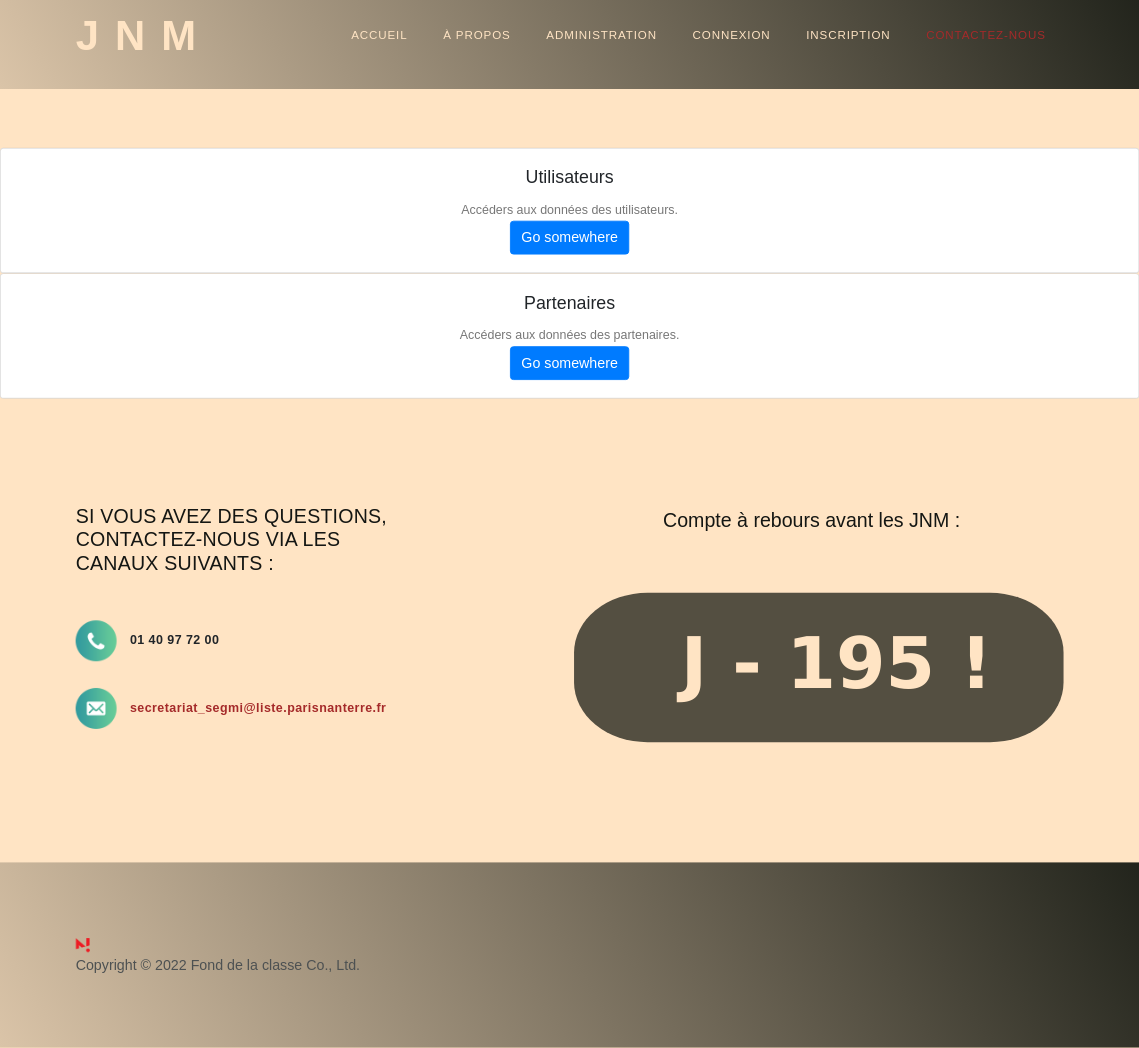
Repository: RiadNadri/ProjetWeb2022
Page: templates/Admin/admin.html.twig
These files come from the project's save history. The page is drawn as it stood at one moment and after the next save; the edit follows.
The browser window is 1280 px wide. The pictures show the whole page, at 89% of full size.
Some web fonts or font styles are not loaded; a fallback is used. The page is a Twig template of a Symfony application; nobody is signed in and links lead nowhere. The template is opened directly, without the code that normally fills it, so the values that code supplies are empty.

Above is the page before, as saved 2022-12-24 17:19:20.

### templates/Admin/admin.html.twig
{% extends 'base.html.twig' %}

{% block title %} Administration {% endblock %}


{% block body %}

<style>
    .buttonUser{
        margin-top: 0%;
        margin-bottom: 10%;
        margin-left: 25%;
    }
    .buttonPartenaire{
        margin-left:35%;
        font-size: xx-large;
    }
</style>

<div class="buttonUser">
    <div class="btn btn-light" >
        <a href="{{path('app_user')}}">Utilisateurs</a>
    </div>
    <div class="btn btn-light" >
        <a  href="{{path('app_partenaire')}}">Partenaires</a>
    </div>
</div>

<div class="card text-center">
  <div class="card-body">
    <h5 class="card-title">Utilisateurs</h5>
    <p class="card-text">Accéders aux données des utilisateurs.</p>
    <a href="{{path('app_user')}}" class="btn btn-primary">Go somewhere</a>
  </div>
</div>

<div class="card text-center">

  <div class="card-body">
    <h5 class="card-title">Partenaires</h5>
    <p class="card-text">Accéders aux données des partenaires.</p>
    <a href="{{path('app_partenaire')}}" class="btn btn-primary">Go somewhere</a>
  </div>
</div>
{% endblock %}

### templates/base.html.twig
<!DOCTYPE html>
<html>
    <head>
        <meta charset="UTF-8">
        <title>{% block title %}{% endblock %} - JNM</title>
        <meta name="viewport" content="width=device-width, initial-scale=1, shrink-to-fit=no">
        <meta name="description" content="">
        <meta name="author" content="">
        <link href="https://fonts.googleapis.com/css?family=Raleway:100,200,300,400,500,600,700,800,900&display=swap" rel="stylesheet">
        <link rel="shortcut icon" type= "image/png" href="{{ asset('img/favicon.png')}}" />

        {# Run `composer require symfony/webpack-encore-bundle` to start using Symfony UX #}

        <link rel="stylesheet" href="{{ asset('assets/css/bootstrap.min.css')}}">
        <link rel="stylesheet" href="{{ asset('assets/css/templatemo-breezed (1).css')}}">

        {% block stylesheets %}{% endblock %}

        {% block javascripts %}{% endblock %}
    </head>
    <body>

        <header class="header-area header-sticky">
        <div class="container">
            <div class="row">
                <div class="col-12">
                    <nav class="main-nav">
                        <!-- ***** Logo Start ***** -->
                        <a href="{{path('app_accueil')}}" class="logo">
                            JNM
                        </a>
                        <!-- ***** Logo End ***** -->
                        <!-- ***** Menu Start ***** -->
                        <ul class="nav">
                            <li class="scroll-to-section"><a href="{{path('app_accueil')}}" >Accueil</a></li>
                            <li class="scroll-to-section"><a href="#about">À propos</a></li>
                            <li class="scroll-to-section"><a href="{{path('app_admin')}}">Administration</a></li>
                            <li class="scroll-to-section"><a href="{{path('app_connexion')}}">Connexion</a></li>
                            {% if app.user %}
                                <li class="scroll-to-section"><a href="#réservation">Réservation</a></li>
                                <li class="scroll-to-section"><a href="{{path('app_profil')}}">Mon profil</a></li>
                                <li class="scroll-to-section"><a href="{{path('app_deconnexion')}}">Deconnexion</a></li>
                            {% else %}
                                <li class="scroll-to-section"><a href="{{path('app_inscription')}}">Inscription</a></li>
                            {% endif %}
                            <li class="scroll-to-section"><a href="#contact-us" class="active">Contactez-Nous</a></li>


                        </ul>

                        <!-- ***** Menu End ***** -->
                    </nav>
                </div>
            </div>
        </div>
    </header>

    {% block body %}
    <section class="section" id="about">
        <div class="container">
            <div class="row">
                <div class="col-lg-6 col-md-6 col-xs-12">
                    <div class="left-text-content">
                        <div class="section-heading">
                            <h6>À propos des Journées Nationales de la MIAGE</h6>
                            <h2>Certains de nos partenaires</h2>
                        </div>
                        <div class="row">
                            <div class="col-md-6 col-sm-6">
                                <div class="service-item">
                                    <a href="https://pepsi.fr/" rel ="nofollow noopener" target="_blank"> <img src="{{ asset('img/Pepsi-Logo-PNG-Pic.png')}}" alt=""> </a>
                                    <h4><a rel="nofollow noopener" href="https://pepsi.fr/" target="_blank">Pepsi</a></h4>
                                </div>
                            </div>
                            <div class="col-md-6 col-sm-6">
                                <div class="service-item">
                                    <a href="https://www.beinsports.com/france/" rel ="nofollow noopener" target="_blank"> <img src="{{ asset('img/Bein_sport_logo.png')}}" alt=""> </a>
                                    <h4><a rel="nofollow noopener" href="https://www.beinsports.com/france/" target="_blank">BeIn Sport</a></h4>
                                </div>
                            </div>
                            <div class="col-md-6 col-sm-6">
                                <div class="service-item">
                                    <a href="https://www.canalplus.com/" rel ="nofollow noopener" target="_blank"> <img src="{{ asset('img/canal-logo-png-transparent.png')}}" alt=""> </a>
                                    <h4><a rel="nofollow noopener" href="https://www.canalplus.com/" target="_blank">Canal +</a></h4>
                                </div>
                            </div>
                            <div class="col-md-6 col-sm-6">
                                <div class="service-item">
                                    <a href="https://www.wwf.fr/" rel ="nofollow noopener" target="_blank"> <img src="{{ asset('img/panda.png')}}" alt=""> </a>
                                    <h4><a rel="nofollow noopener" href="https://www.wwf.fr/" target="_blank">WWF</a></h4>
                                </div>
                            </div>
                            <div class="col-md-12">
                                <a href="#" class="main-button-icon">
                                    En savoir plus
                                </a>
                            </div>
                        </div>
                    </div>
                </div>
                <div class="col-lg-6 col-md-6 col-xs-12">
                    <div class="right-text-content">
                        <p>Les Journées Nationales de la Miage sont organisées par <a rel="nofollow noopener" href="https://www.parisnanterre.fr/" target="_blank">L'Université Paris Nanterre</a> en 2023.
                        <br><br>Du 01/06/2023 au 04/06/2023 venez participer aux Journées Nationales de la MIAGE aux portes de Paris sur le campus de Nanterre. Retrouvez-y toutes les MIAGE de France pour partager un bon moment.
                      <br><br>Prenez part aux différentes activités et profitez-en pour élargir votre réseau miagiste !</p>
                    </div>
                </div>
            </div>
        </div>
    </section>

    <section class="section" id="features">
        <div class="container">
            <div class="row">
                <div class="col-lg-4 col-md-6 col-sm-12 col-xs-12" data-scroll-reveal="enter left move 30px over 0.6s after 0.4s">
                    <div class="features-item">
                        <div class="features-icon">
                            <img src="{{ asset('img/Icone.png')}}" height="30px" width="30px" alt="">
                        </div>
                        <div class="features-content">
                            <h4>Le campus de Nanterre</h4>
                            <p>Situé à proximité du quartier d'affaires da La Défense, le campus de Nanterre s'étend sur 30 hectares.<br> Chaque année, il accueille plus de 40 000 étudiants et met à leur disposition divers types d'infrastructures permettant de pratiquer des activités sportives et culturelles !</p>
                            <a href="https://www.parisnanterre.fr/" target="_blank" class="text-button-icon">
                                En savoir plus
                            </a>
                        </div>
                    </div>
                </div>
                <div class="col-lg-4 col-md-6 col-sm-12 col-xs-12" data-scroll-reveal="enter bottom move 30px over 0.6s after 0.4s">
                    <div class="features-item">
                        <div class="features-icon">
                            <img src="{{ asset('img/miage.png')}}" height="30px" width="30px" alt="">
                        </div>
                        <div class="features-content">
                            <h4>La Miage de Nanterre</h4>
                            <p>Intégrée au sein de l'Unité de Formation et de Recherche
                                <a href="https://ufr-segmi.parisnanterre.fr/" rel="nofollow noopener" target="_blank">
                                SEGMI
                                </a> au bâtiment Allais (G), la MIAGE de Nanterre</p>
                            <a href="https://miage.parisnanterre.fr/" class="text-button-icon">
                                En savoir plus
                            </a>
                        </div>
                    </div>
                </div>
                <div class="col-lg-4 col-md-6 col-sm-12 col-xs-12" data-scroll-reveal="enter right move 30px over 0.6s after 0.4s">
                    <div class="features-item">
                        <div class="features-icon">
                            <img src="{{ asset('img/eiffel.png')}}" height="50px" width="50px"alt="">
                        </div>
                        <div class="features-content">
                            <h4>Le séjour à Paris</h4>
                            <p>Vous pourrez profiter d'ếtre aux portes de Paris pour visiter la capitale. La ligne du RER A vous permettra de rejoindre le centre-ville en moins de 30 minutes.<br> Allez explorer le 1er arrondissement riche en culture, ou manger dans l'un des 18 000 restaurants parisiens !</p>
                            <a href="https://www.parisinfo.com/visiter-a-paris" class="text-button-icon">
                                En savoir plus
                            </a>
                        </div>
                    </div>
                </div>
            </div>
        </div>
    </section>
    {% endblock %}


    <!-- ***** Contact Us Area Starts ***** -->
    <section class="section" id="contact-us">
        <div class="container">
            <div class="row">
                <div class="col-lg-4 col-md-4 col-xs-12">
                    <div class="left-text-content">
                        <div class="section-heading">
                            <h6>Si vous avez des questions, Contactez-nous via les canaux suivants :</h6>
                        </div>
                        <ul class="contact-info">
                            <li><img src="{{ asset('img/contact-info-01.png')}}" alt="">01 40 97 72 00</li>
                            <li><img src="{{ asset('img/contact-info-02.png')}}" alt=""><a href="mailto:secretariat_segmi@liste.parisnanterre.fr">secretariat_segmi@liste.parisnanterre.fr</a></li>
                        </ul>
                    </div>
                </div>

                <div class="col-lg-8 col-md-6 col-xs-12">
                    <div class="section-heading">
                        <h7>Compte à rebours avant les JNM :</h7>
                    </div>
                    <div class="cpt">

                        <label id="Compte"></label>
                            <script type="text/javascript" >
                                var Affiche=document.getElementById("Compte");
                                function Rebour() {
                                 var date1 = new Date();
                                 var date2 = new Date ("Jun 1, 2023 00:00:00");
                                 var sec = (date2 - date1) / 1000;
                                 var n = 24 * 3600;
                                 if (sec > 0) {
                                        j = Math.floor (sec / n);
                                        Affiche.innerHTML = "J - " + j + " !";
                                 }
                                 tRebour=setTimeout ("Rebour();", 1000);
                                }
                             Rebour();
                            </script>

                    </div>
                </div>

            </div>
        </div>
    </section>


    </body>


    <!-- ***** Footer Start ***** -->
    <footer>
        <div class="container">
            <div class="row">
                <div class="col-lg-6 col-xs-12">
                    <div class="left-text-content">
                        <a rel="nofollow noopener" href="https://www.parisnanterre.fr/" target="_blank"><img src="{{ asset('img/Icone.png')}}" alt=""><br>Copyright &copy; 2022 Fond de la classe Co., Ltd. </a>
                    </div>
                </div>

            </div>
        </div>
    </footer>
</html>

Loaded but not shown: public/assets/css/bootstrap.min.css (library); public/assets/css/templatemo-breezed (1).css (908 lines, source omitted)

After the next save:
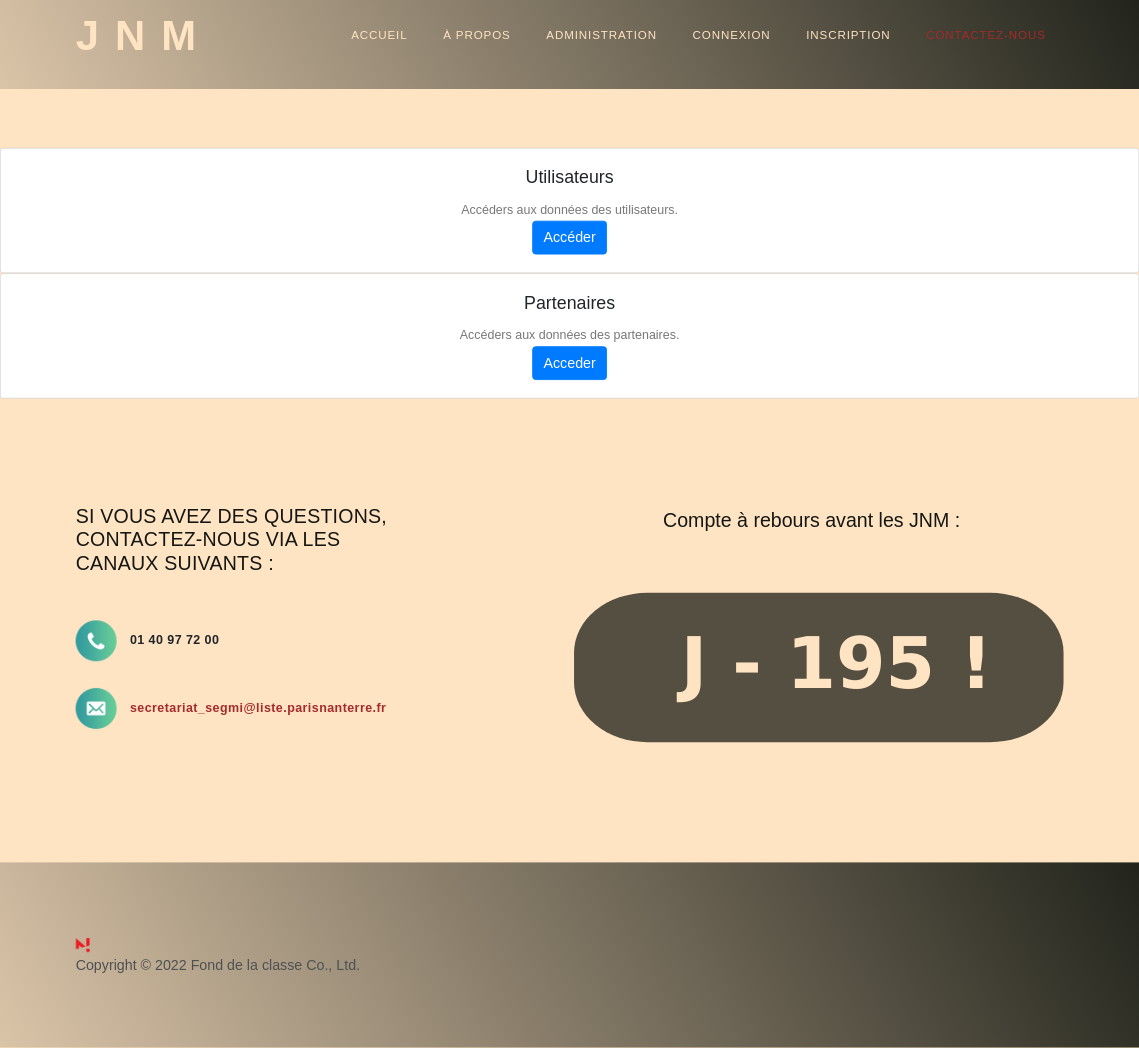
Saved 34 s later.
--- a/templates/Admin/admin.html.twig
+++ b/templates/Admin/admin.html.twig
@@ -30,7 +30,7 @@
   <div class="card-body">
     <h5 class="card-title">Utilisateurs</h5>
     <p class="card-text">Accéders aux données des utilisateurs.</p>
-    <a href="{{path('app_user')}}" class="btn btn-primary">Go somewhere</a>
+    <a href="{{path('app_user')}}" class="btn btn-primary">Accéder</a>
   </div>
 </div>
 
@@ -39,7 +39,7 @@
   <div class="card-body">
     <h5 class="card-title">Partenaires</h5>
     <p class="card-text">Accéders aux données des partenaires.</p>
-    <a href="{{path('app_partenaire')}}" class="btn btn-primary">Go somewhere</a>
+    <a href="{{path('app_partenaire')}}" class="btn btn-primary">Acceder</a>
   </div>
 </div>
 {% endblock %}
